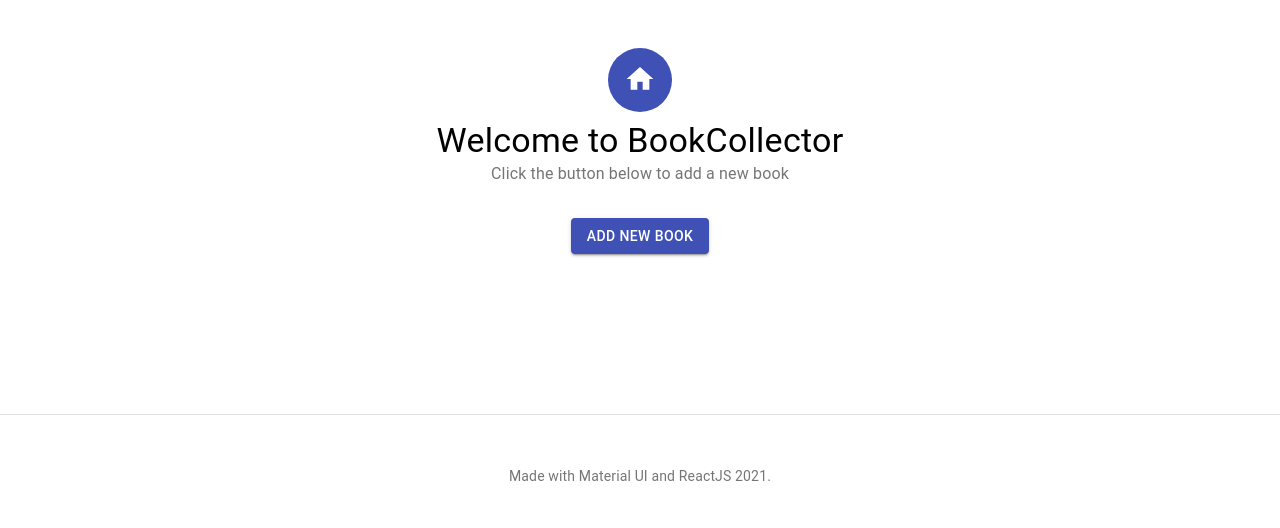
Repository: Colo-Codes/mini-project-react-book-collector
Page: /
An editor plug-in stored every save of this project. The page is shown before and after the next save, followed by the edit.
The browser window is 1280 px wide. The pictures show the whole page.
The project was rebuilt for these pictures with package versions that can differ from the ones it lists, and the page was loaded fresh each time. Also part of the build but not shown: src/Books/BooksGridItem.js, src/Books/AddBookForm.js.

Above is the page before, as saved 2021-08-25 14:10:41.

### src/App.js
import React, { useState } from 'react';

import { Box, Button, Divider, makeStyles } from '@material-ui/core';
import { Home } from '@material-ui/icons';

import AddBookForm from './Books/AddBookForm';
import Copyright from './UI/Copyright';
import Header from './UI/Header';
import BooksGrid from './Books/BooksGrid';

const useStyles = makeStyles(theme => ({
  paper: {
    marginTop: theme.spacing(5),
    display: 'flex',
    flexDirection: 'column',
    alignItems: 'center',
  },
  icon: {
    color: 'white',
    width: theme.spacing(4),
    height: theme.spacing(4),
  },
  button: {
    marginTop: theme.spacing(4),
    marginBottom: theme.spacing(20),

  },
  footer: {
    marginV: theme.spacing(4),
  },
}));

function App() {
  const [showAddBookForm, setShowAddBookForm] = useState(false);
  const [bookList, setBookList] = useState('');

  const classes = useStyles();

  const addNewBookHandler = () => {
    setShowAddBookForm(true);
  }

  const hideFormHandler = () => {
    setShowAddBookForm(false);
  }

  // 'Lifting state up' function
  const newBookHandler = newBook => {
    setBookList(prevBook => [...prevBook, newBook]);
  }

  // 'Lifting state up' function
  const deleteBookHandler = bookId => {
    setBookList(prevBook => prevBook.filter(book => book.id !== bookId));
  }

  return (
    <React.Fragment>
      <header className={classes.paper}>
        {showAddBookForm && <AddBookForm onNewBook={newBookHandler} onHideForm={hideFormHandler} />} {/* Conditional Rendering */}
        {!showAddBookForm && <Header headerIcon={<Home className={classes.icon} />} headerContent={'Welcome to BookCollector'} textContent={'Click the button below to add a new book'} />} {/* Conditional Rendering */}
        {!showAddBookForm && <Button variant="contained" color="primary" onClick={addNewBookHandler} className={classes.button} >Add new book</Button>} {/* Conditional Rendering */}
      </header>
      <main>
        <Divider></Divider>
        <BooksGrid bookList={bookList} onDeleteBook={deleteBookHandler} />
      </main>
      <footer>
        <Box my={8}><Copyright /></Box>
      </footer>
    </React.Fragment>
  );
}

export default App;

### src/UI/Copyright.js
import { Typography } from "@material-ui/core";
import { Link } from "@material-ui/core";

function Copyright() {
    return (
        <Typography variant="body2" color="textSecondary" align="center">
            {'Made with '}
            <Link color="inherit" href="https://material-ui.com/" target="_blank">
                Material UI
            </Link>{' and '}
            <Link color="inherit" href="https://reactjs.org/" target="_blank">
                ReactJS
            </Link>{' '}
            {new Date().getFullYear()}
            {'.'}
        </Typography>
    );
}

export default Copyright;

### src/UI/Header.js
import { Avatar, Typography, makeStyles } from "@material-ui/core";
import { Home } from '@material-ui/icons';

const useStyles = makeStyles(theme => ({
    paper: {
        // marginTop: theme.spacing(10),
        display: 'flex',
        flexDirection: 'column',
        alignItems: 'center',
    },
    avatar: {
        margin: theme.spacing(1),
        width: theme.spacing(8),
        height: theme.spacing(8),
        backgroundColor: theme.palette.primary.main,
    },
    lightGray: {
        color: theme.palette.text.secondary,
    },
}));

const Header = props => {
    const classes = useStyles();

    return (
        <div className={classes.paper}>
            <Avatar className={classes.avatar}>
                <div className={classes.icon}>{props.headerIcon}</div>
            </Avatar>
            <Typography variant="h4" component="h2">{props.headerContent}</Typography>
            <Typography variant="body1" className={classes.lightGray}>{props.textContent}</Typography>
        </div>
    );
}

export default Header;

### src/Books/BooksGrid.js
import { Container, Grid } from '@material-ui/core';
import { useState } from 'react';
import BooksGridItem from './BooksGridItem';

const BooksGrid = props => {

    return (
        <Container>
            <Grid container spacing={3} direction="row"
                justifyContent="center"
                alignItems="stretch">
                {props.bookList.length > 0 && props.bookList.map(bookItem =>
                    <BooksGridItem key={bookItem.id} id={bookItem.id} title={bookItem.title} author={bookItem.author} onDelete={props.onDeleteBook} />
                )}
            </Grid>
        </Container>
    );
}

export default BooksGrid;

Loaded but not shown: public/index.html (common file); src/index.js (common file); src/index.css (common file)

After the next save:
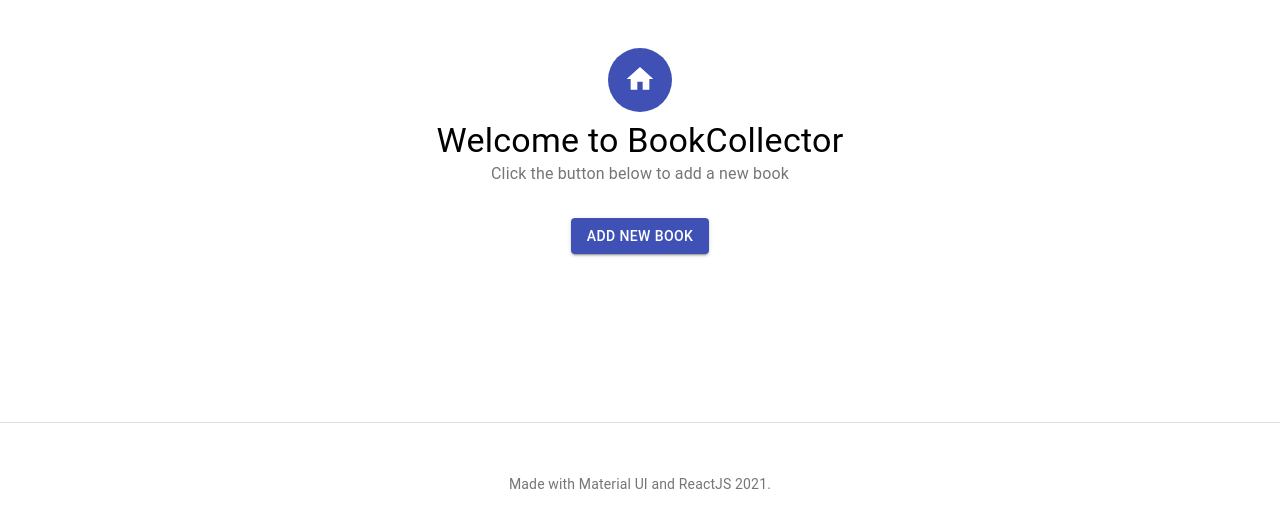
Saved 6 s later.
--- a/src/App.js
+++ b/src/App.js
@@ -22,7 +22,7 @@ const useStyles = makeStyles(theme => ({
   },
   button: {
     marginTop: theme.spacing(4),
-    marginBottom: theme.spacing(20),
+    marginBottom: theme.spacing(21),
 
   },
   footer: {
